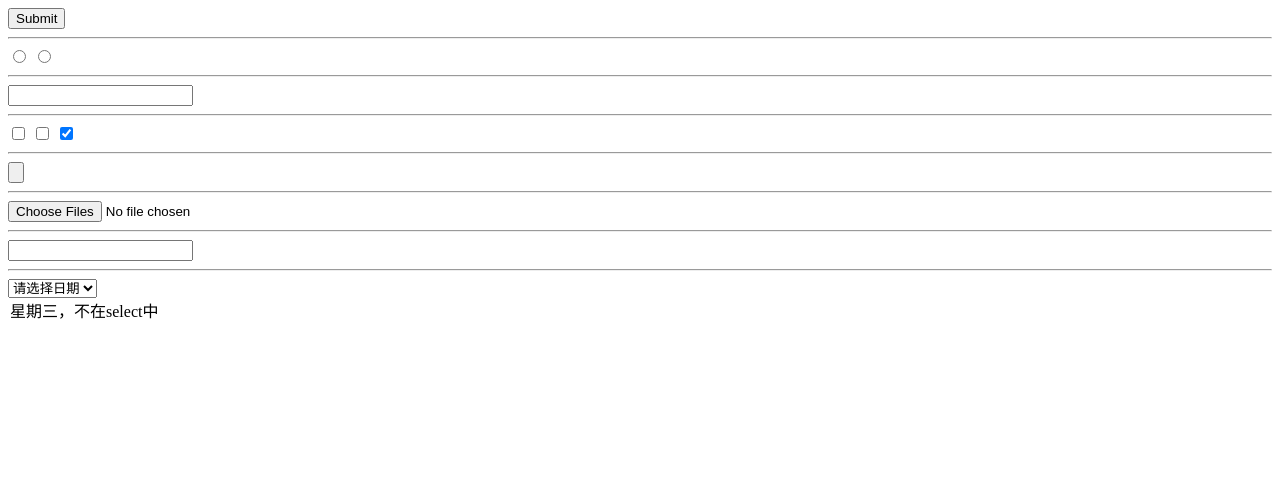
Repository: Lixianlai-2/html-demo-1
Page: input.html
An editor plug-in stored every save of this project. The page is shown before and after the next save, followed by the edit.
The browser window is 1280 px wide. The pictures show the whole page.

Above is the page before, as saved 2021-11-27 23:11:31.

### input.html
<!DOCTYPE html>
<html lang="en">
  <head>
    <meta charset="UTF-8" />
    <meta http-equiv="X-UA-Compatible" content="IE=edge" />
    <meta name="viewport" content="width=device-width, initial-scale=1.0" />
    <title>Document</title>
  </head>
  <body>
    <form action="">
      <input type="submit" />
      <hr />
      <input type="radio" value="美女" name="选择" />
      <input type="radio" value="美食" name="选择" />
      <hr />
      <input type="text" required />
      <hr />
      <input type="checkbox" name="cb" />
      <input type="checkbox" name="cb" />
      <input type="checkbox" name="cb" checked />
      <hr />
      <input type="button" />
      <hr />
      <input type="file" multiple name="" id="" />
      <hr />
      <input type="number" />
      <hr />
      <select name="" id="">
        <option value="">请选择日期</option>
        <option value="1">星期一</option>
        <option value="2">星期二</option>
      </select>

      <option value="">星期三，不在select中</option>
    </form>
  </body>
</html>

After the next save:
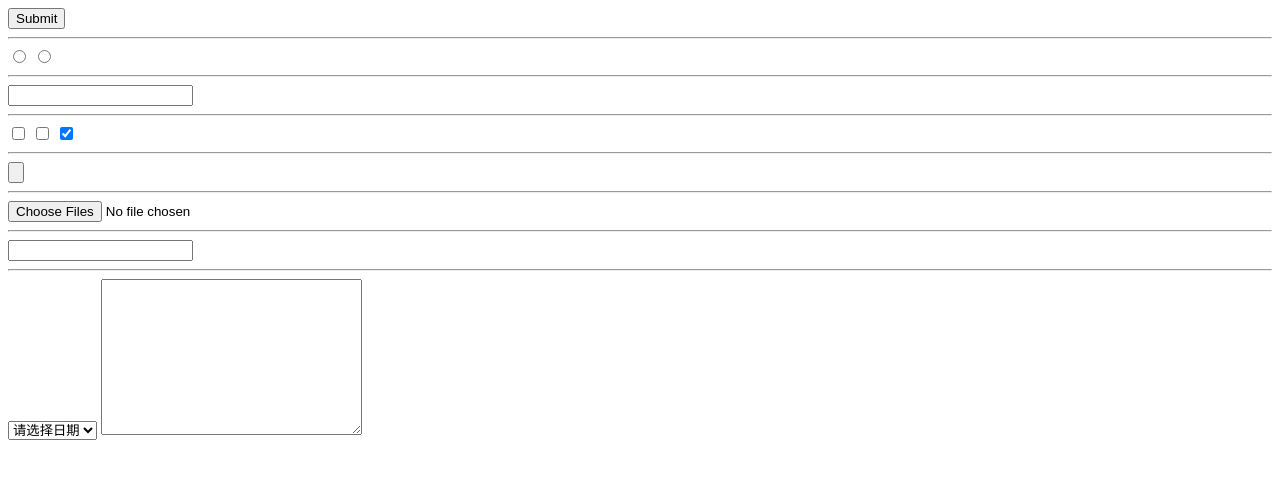
Saved 69 s later.
--- a/input.html
+++ b/input.html
@@ -31,7 +31,7 @@
         <option value="2">星期二</option>
       </select>
 
-      <option value="">星期三，不在select中</option>
+      <textarea name="" id="" cols="30" rows="10"></textarea>
     </form>
   </body>
 </html>
